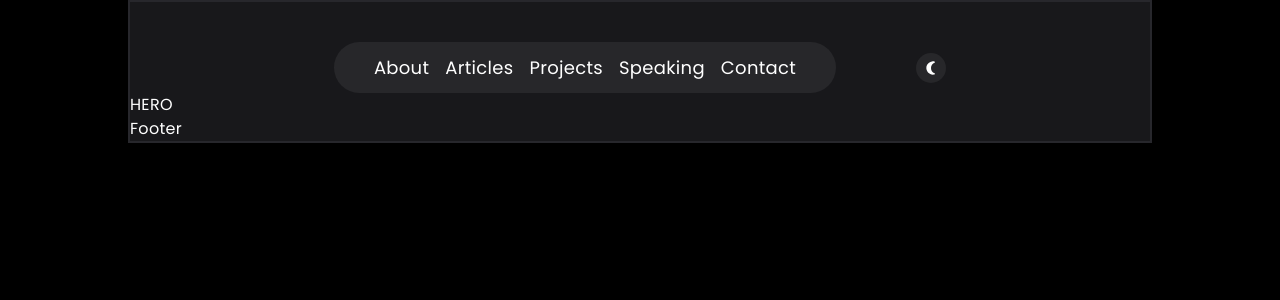
Repository: Wafaabahgat/Portfolio
Page: /
An editor plug-in stored every save of this project. The page is shown before and after a run of saves, followed by the edit.
The browser window is 1280 px wide. The pictures show the whole page.
The project was rebuilt for these pictures with package versions that can differ from the ones it lists, and the page was loaded fresh each time. Also part of the build but not shown: vite.config.ts, src/App.css, src/ErrorPage.tsx.

Above is the page before, as saved 2023-12-08 01:17:31.

### index.html
<!DOCTYPE html>
<html lang="en">
  <head>
    <meta charset="UTF-8" />
    <link rel="icon" type="image/svg+xml" href="/vite.svg" />
    <meta name="viewport" content="width=device-width, initial-scale=1.0" />
    <link rel="preconnect" href="https://fonts.googleapis.com" />
    <link rel="preconnect" href="https://fonts.gstatic.com" crossorigin />
    <link
      href="https://fonts.googleapis.com/css2?family=Poppins:wght@200;300;400;500;600;700;800&display=swap"
      rel="stylesheet"
    />
    <title>My Portfilio</title>
  </head>
  <body>
    <div id="root"></div>
    <script type="module" src="/src/main.tsx"></script>
  </body>
</html>

### src/main.tsx
import { RouterProvider } from "react-router-dom";
import ReactDOM from "react-dom/client";
import "./index.css";
import router from "./App";

ReactDOM.createRoot(document.getElementById("root")!).render(
  <RouterProvider router={router} />
);

### src/index.css
@tailwind base;
@tailwind components;
@tailwind utilities;

* {
  font-family: "Poppins", sans-serif;
  letter-spacing: 0.3px;
}

:root {
  --primary: #000;
  --secondary: rgb(24 24 27);
  --border: rgb(63, 63, 70, 0.4);
}
.light {
  --primary: #fff;
}

body {
  background-color: var(--primary);
  color: #fff;
}

html {
  /* max-width: 2000px; */
  margin: 0;
  padding: 0;
}

.container {
  width: 80%;
  margin-left: auto;
  margin-right: auto;
  background-color: var(--secondary);
  border: 2px solid var(--border);
}
.line {
  border: 1px solid var(--border);
  margin: 1rem 0;
}

li {
  list-style: none;
}
a {
  text-decoration: none;
  transition: 0.3;
}

### src/App.tsx
import "./App.css";
import { createBrowserRouter } from "react-router-dom";
// import Root from "@pages/root";
import Root from "./pages/root";

import { Home } from "./pages/index";
import ErrorPage from "./ErrorPage";

const router = createBrowserRouter([
  {
    path: "/",
    element: <Root />,
    errorElement: <ErrorPage />,
    children: [
      {
        index: true,
        path: "/",
        element: <Home />,
      },
    ],
  },
]);

export default router;

### src/pages/root.tsx
import { Outlet } from "react-router-dom";
import Header from "../components/layouts/Header";
import Footer from "../components/layouts/Footer";

const Root = () => {
  return (
    <div className="container">
      <Header />
      <Outlet />
      <Footer />
    </div>
  );
};

export default Root;

### src/components/layouts/Header.tsx
import { FC } from "react";
import { MdNightlightRound } from "react-icons/md";
import { SlMenu } from "react-icons/sl";

interface HeaderProps {}

const links = [
  {
    href: "/about",
    name: "about",
  },
  {
    href: "/articles",
    name: "articles",
  },
  {
    href: "/projects",
    name: "projects",
  },
  {
    href: "/speaking",
    name: "speaking",
  },
  {
    href: "/contact",
    name: "contact",
  },
];

const Header: FC<HeaderProps> = () => {
  return (
    <>
      <div className="mt-10 ">
        <div className="flex items-center justify-center gap-20">
          <nav className="">
            <ul className="md:flex hidden py-3 gap-4 px-10 bg-bg-header rounded-full ">
              {links?.map((e, i) => (
                <li
                  key={i}
                  className="capitalize md:text-[18px] text-[14px] mx-auto hover:text-main-light hover:text-[20px]"
                >
                  <a href={e?.href}>{e?.name}</a>
                </li>
              ))}
            </ul>
          </nav>
          <div className="flex md:hidden justify-center items-center bg-bg-header rounded-full w-[40px] h-[40px]">
          <SlMenu className=""/>
          </div>
          <div className="bg-bg-header rounded-full w-[30px] h-[30px] flex items-center justify-center">
            <MdNightlightRound />
          </div>
        </div>
      </div>
    </>
  );
};

export default Header;

### src/components/layouts/Footer.tsx
import { FC } from "react";

interface FooterProps {}

const Footer: FC<FooterProps> = () => {
  return (
    <>
      <div>Footer</div>
    </>
  );
};

export default Footer;

### src/pages/Home.tsx
import { FC } from "react";
import Hero from "../components/home/Hero";

interface HomeProps {}

const Home: FC<HomeProps> = () => {
  return (
    <>
      <div className="">
        <Hero />
      </div>
    </>
  );
};

export default Home;

### src/components/home/Hero.tsx
import { FC } from "react";

interface HeroProps {}

const Hero: FC<HeroProps> = () => {
  return (
    <>
      <div>HERO</div>
    </>
  );
};

export default Hero;

### tailwind.config.js
/** @type {import('tailwindcss').Config} */
export default {
  content: ["./index.html", "./src/**/*.{js,ts,jsx,tsx}"],
  darkMode: "class",
  theme: {
    extend: {
      colors: {
        main: "#252466",
        "main-light": "#3873FF",
        "text-primary": "#000",
        "bg-header": "rgb(39, 39, 42)",

        // "sub-dark": "#252466",
        // "main-dark": "#41427D",
        // "text-color": "#FCFCFC",
        // "text-gray": "#667085",
        // "text-primary": "#9795B5",
      },
      // gridTemplateColumns: {
      //   prod: "repeat(auto-fit, minmax(130px, 1fr))",
      //   plog: "repeat(auto-fit, minmax(300px, 1fr))",
      // },
    },
  },
  plugins: [],
};

Loaded but not shown: src/pages/index.ts (common file)

After the next 2 saves:
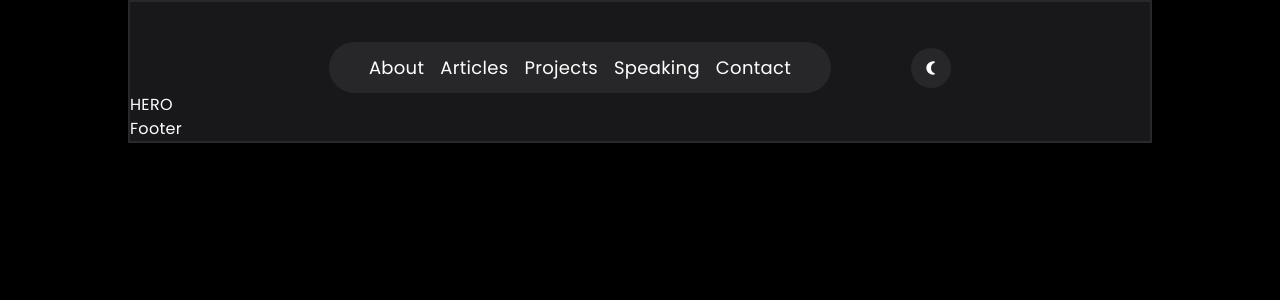
The 2 saves are shown as one change because they came seconds apart.
The last was saved 8 s later.
--- a/src/components/layouts/Header.tsx
+++ b/src/components/layouts/Header.tsx
@@ -47,7 +47,7 @@ const Header: FC<HeaderProps> = () => {
           <div className="flex md:hidden justify-center items-center bg-bg-header rounded-full w-[40px] h-[40px]">
           <SlMenu className=""/>
           </div>
-          <div className="bg-bg-header rounded-full w-[30px] h-[30px] flex items-center justify-center">
+          <div className="bg-bg-header rounded-full w-[40px] h-[40px] flex items-center justify-center">
             <MdNightlightRound />
           </div>
         </div>
